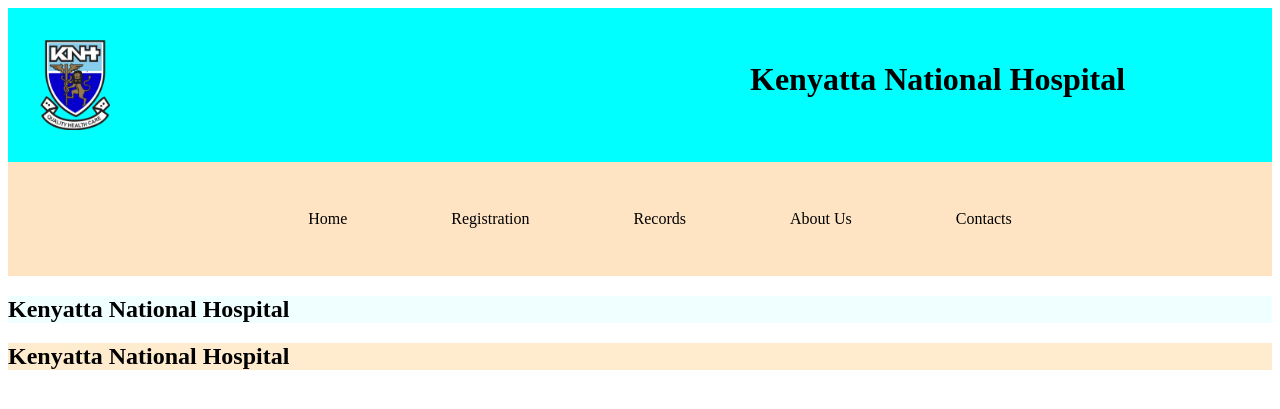
Repository: EphrahimLaanyu123/wsp
Page: index.html
An editor plug-in stored every save of this project. The page is shown before and after the next save, followed by the edit.
The browser window is 1280 px wide. The pictures show the whole page.

Above is the page before, as saved 2025-03-13 19:56:16.

After the next save:
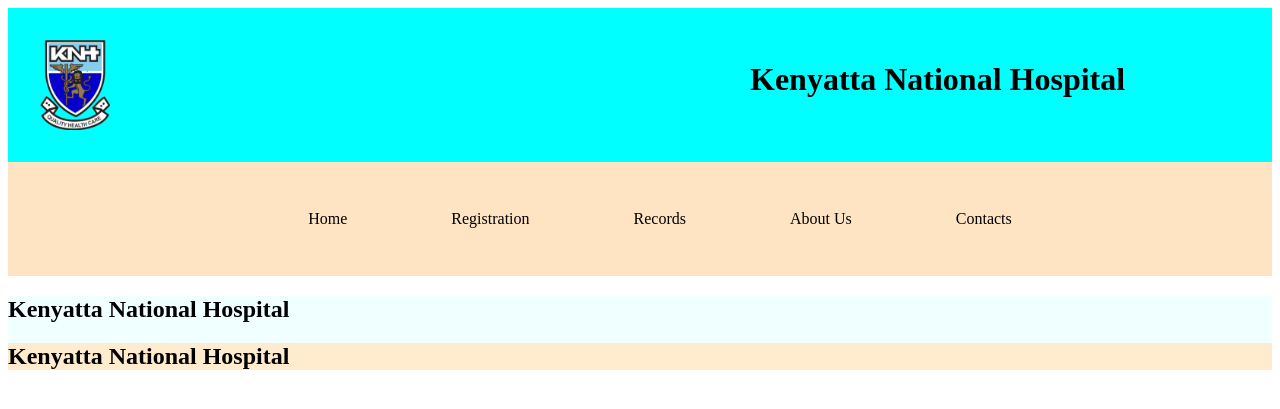
Saved 6 s later.
--- a/index.html
+++ b/index.html
@@ -18,7 +18,7 @@
         <ul>About Us</ul>
         <ul>Contacts</ul>
     </nav>
-    <div>
+    <div class="section">
         <section class="section">
             <h1 class="header-h1">Kenyatta National Hospital</h1>
 

After the save that followed:
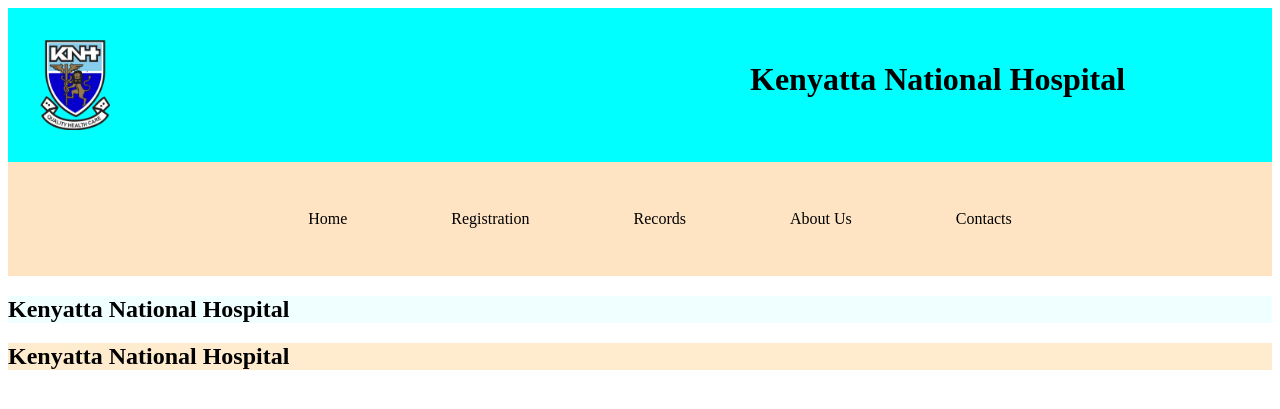
Saved 4 s later.
--- a/index.html
+++ b/index.html
@@ -18,7 +18,7 @@
         <ul>About Us</ul>
         <ul>Contacts</ul>
     </nav>
-    <div class="section">
+    <div class="section&aside">
         <section class="section">
             <h1 class="header-h1">Kenyatta National Hospital</h1>
 
